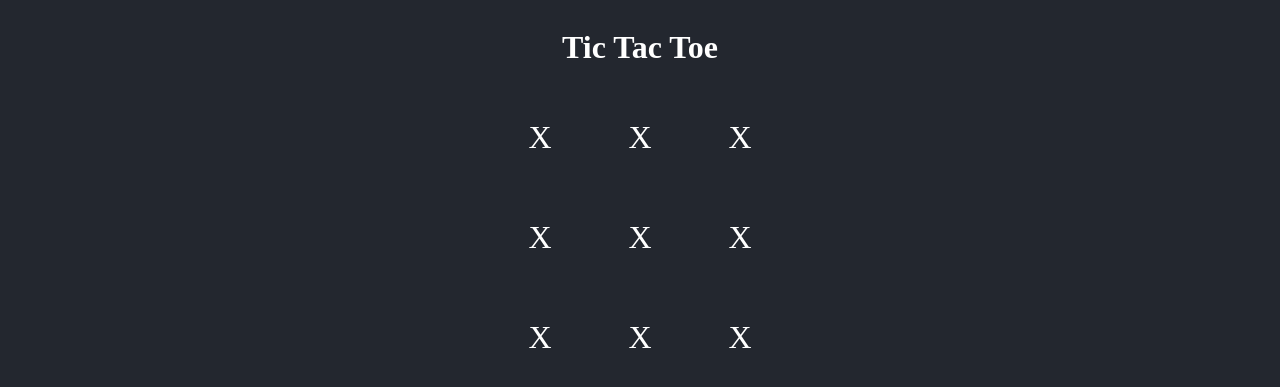
Repository: rts-cmk/tic-tac-toe-Malak-003
Page: /, after clicking the first element matching `div.board > :nth-child(7)`
An editor plug-in stored every save of this project. The page is shown before and after the next save, followed by the edit.
The browser window is 1280 px wide. The pictures show the whole page.
The project was rebuilt for these pictures with package versions that can differ from the ones it lists, and the page was loaded fresh each time. Also part of the build but not shown: vite.config.js, src/index.css.

Above is the page before, as saved 2025-11-04 09:24:22.

### index.html
<!doctype html>
<html lang="en">
  <head>
    <meta charset="UTF-8" />
    <link rel="icon" type="image/svg+xml" href="/vite.svg" />
    <meta name="viewport" content="width=device-width, initial-scale=1.0" />
    <title>tic-tac-toe-malak-003</title>
  </head>
  <body>
    <div id="root"></div>
    <script type="module" src="/src/main.jsx"></script>
  </body>
</html>

### src/App.jsx
import TicTacToe from "./components/TicTacToe"
import "./App.css"

function App(){
    return <TicTacToe/>

}

export default App

### src/components/TicTacToe.jsx
import Board from "./Board"

function TicTacToe(){
    return(
    <div>
        <h1>Tic Tac Toe</h1>
        <Board/>
    </div>
    )
}
    export default TicTacToe

### src/App.css
body {
  display: flex;
  flex-direction: column;
  align-items: center;
  background-color: #23272f;
  color: white;
}

h1 {
  text-align: center;
}

.board {
  display: grid;
  grid-template-columns: 100px 100px 100px;
  grid-template-rows: 100px 100px 100px;
  cursor: pointer;
  position: relative;
}

.tile {
  color: currentColor;
  font-size: 2em;
  display: flex;
  justify-content: center;
  align-items: center;
}

.right-border {
  border-right: 0.2em solid #0074a6;
}

.bottom-border {
  border-bottom: 0.2em solid #0074a6;
}

.x-hover:hover::after {
  content: "X";
  opacity: 0.4;
}

.o-hover:hover::after {
  content: "O";
  opacity: 0.4;
}

.strike {
  position: absolute;
  background-color: darkorange;
}

.strike-row-1 {
  width: 100%;
  height: 4px;
  top: 15%;
}
.strike-row-2 {
  width: 100%;
  height: 4px;
  top: 48%;
}
.strike-row-3 {
  width: 100%;
  height: 4px;
  top: 83%;
}
.strike-column-1 {
  height: 100%;
  width: 4px;
  left: 15%;
}
.strike-column-2 {
  height: 100%;
  width: 4px;
  left: 48%;
}
.strike-column-3 {
  height: 100%;
  width: 4px;
  left: 83%;
}
.strike-diagonal-1 {
  width: 90%;
  height: 4px;
  top: 50%;
  left: 5%;
  transform: skewY(45deg);
}
.strike-diagonal-2 {
  width: 90%;
  height: 4px;
  top: 50%;
  left: 5%;
  transform: skewY(-45deg);
}

.game-over {
  text-align: center;
  border: #5468ff 8px;
  border-style: dotted;
  padding: 10px;
  margin-top: 50px;
  font-size: 1.5em;
}

.reset-button {
  margin-top: 50px;
  padding: 20px;
  background-color: #0074a6;
  color: white;
  width: 100%;
  font-size: 1.5em;
}

### src/components/Board.jsx
import Strike from "./Strike"
import Tile from "./Tile"

function Board(){
    return <div className="board">
        <Tile className="right-border bottom-border"/>
        <Tile/>
        <Tile/>
        <Tile/>
        <Tile/>
        <Tile/>
        <Tile/>
        <Tile/>
        <Tile/>
        <Strike/>
    </div>
}

export default Board

### src/components/Strike.jsx

function Strike(){
    return <div></div>

}
    export default Strike

### src/components/Tile.jsx
function Tile(){
    return <div className="tile">X</div>
}

export default Tile

Loaded but not shown: src/main.jsx (common file)

After the next save:
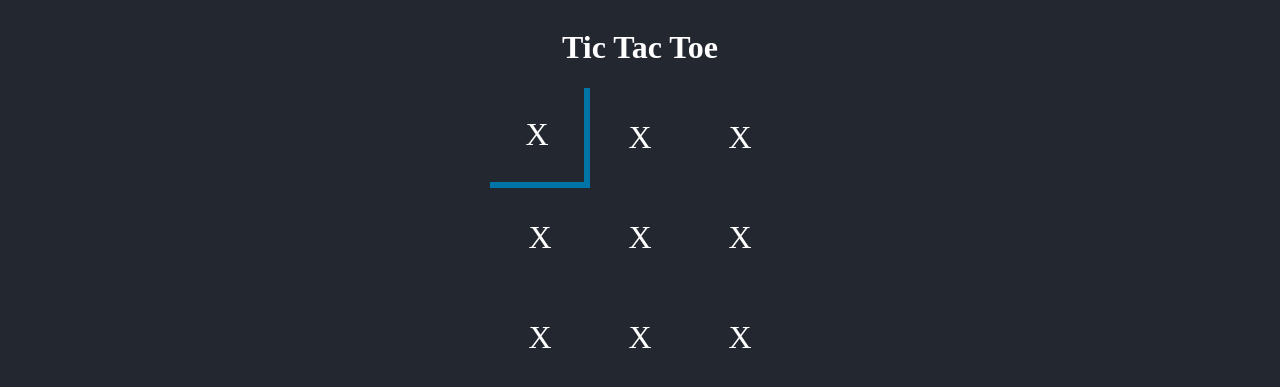
Saved 4 min 4 s later.
--- a/src/components/Tile.jsx
+++ b/src/components/Tile.jsx
@@ -1,5 +1,5 @@
-function Tile(){
-    return <div className="tile">X</div>
+function Tile({className}){
+    return <div className={`tile ${className}`}>X</div>
 }
 
 export default Tile
